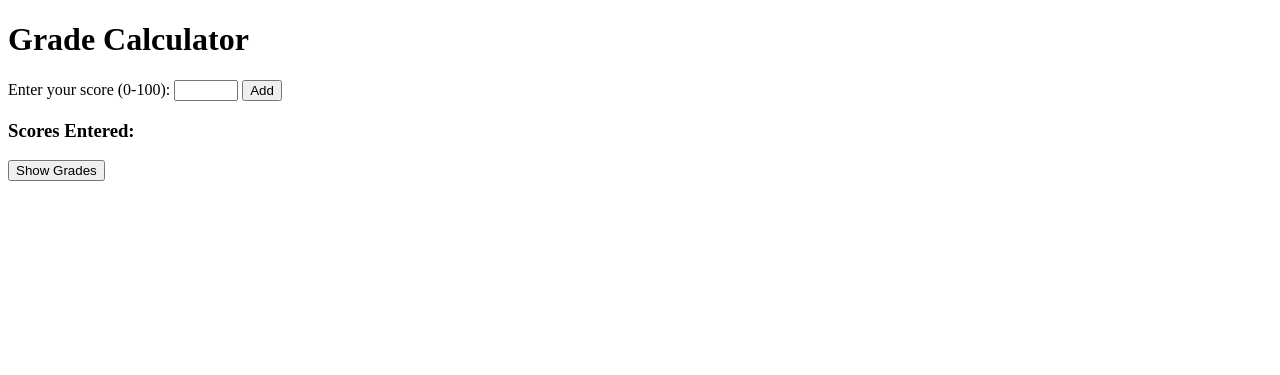
Repository: Rahim-Ullah/hexoforge-bootcamp
Page: phase-2-js-basic/grade-calculator.html
An editor plug-in stored every save of this project. The page is shown before and after a run of saves, followed by the edit.
The browser window is 1280 px wide. The pictures show the whole page.

Above is the page before, as saved 2025-09-06 13:42:02.

### phase-2-js-basic/grade-calculator.html
<!DOCTYPE html>
<html lang="en">

<head>
    <meta charset="UTF-8">
    <meta name="viewport" content="width=device-width, initial-scale=1.0">
    <title>Grade Calculator</title>
    <style>

    </style>
</head>

<body>
    <h1>Grade Calculator</h1>
    <form id="scoreForm" onsubmit="return false;">
        <label for="score">Enter your score (0-100):</label>
        <input type="number" id="score" name="score" min="0" max="100" required>
        <button type="button" id="addScoreBtn">Add</button>
    </form>
    <h3>Scores Entered:</h3>
    <ul id="scoreList"></ul>
    <button id="showGradesBtn">Show Grades</button>
    <p id="result"></p>

    <script>
        const scores = [];
        const scoreInput = document.getElementById('score');
        const scoreList = document.getElementById('scoreList');
        const result = document.getElementById('result');
        const addScoreBtn = document.getElementById('addScoreBtn');
        const showGradesBtn = document.getElementById('showGradesBtn');

        function updateScoreList() {
            scoreList.innerHTML = '';
            scores.forEach((score, idx) => {
                const li = document.createElement('li');
                li.textContent = `Score ${idx + 1}: ${score}`;
                scoreList.appendChild(li);
            });
        }

        addScoreBtn.addEventListener('click', function () {
            const val = parseFloat(scoreInput.value);
            if (isNaN(val) || val < 0 || val > 100) {
                result.textContent = 'Please enter a valid score between 0 and 100.';
                result.style.color = 'red';
                return;
            }
            scores.push(val);
            updateScoreList();
            result.textContent = '';
            scoreInput.value = '';
            scoreInput.focus();
        });

        showGradesBtn.addEventListener('click', function () {
            if (scores.length === 0) {
                result.textContent = 'Please add at least one score.';
                result.style.color = 'red';
                return;
            }
            const avg = (scores.reduce((a, b) => a + b, 0) / scores.length).toFixed(2);
            const max = Math.max(...scores);
            const min = Math.min(...scores);

            // Determine grade and message based on average
            let grade, message, color;
            if (avg >= 90) {
                grade = 'A';
                message = 'Excellent work!';
                color = 'green';
            } else if (avg >= 80) {
                grade = 'B';
                message = 'Good job!';
                color = 'blue';
            } else if (avg >= 70) {
                grade = 'C';
                message = 'You passed.';
                color = 'orange';
            } else if (avg >= 60) {
                grade = 'D';
                message = 'You need to improve.';
                color = 'purple';
            } else {
                grade = 'F';
                message = 'You failed. Better luck next time!';
                color = 'red';
            }

            result.innerHTML = `
                <strong>Average Score:</strong> ${avg}<br>
                <strong>Highest Score:</strong> ${max}<br>
                <strong>Lowest Score:</strong> ${min}<br>
                <strong>Grade:</strong> ${grade}<br>
                <span>${message}</span>
            `;
            result.style.color = color;
        });
    </script>
</body>

</html>

After the next 3 saves:
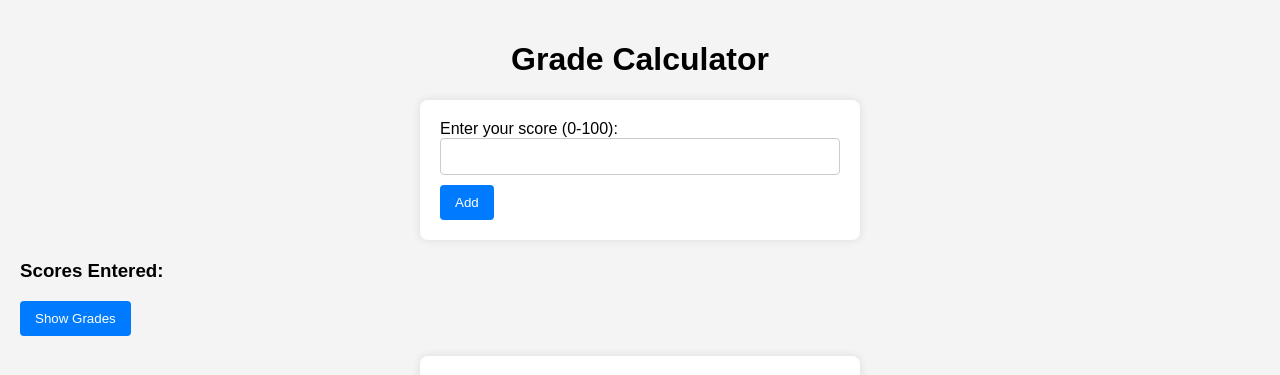
The 3 saves are shown as one change because they came seconds apart.
The last was saved 11 s later.
--- a/phase-2-js-basic/grade-calculator.html
+++ b/phase-2-js-basic/grade-calculator.html
@@ -6,7 +6,56 @@
     <meta name="viewport" content="width=device-width, initial-scale=1.0">
     <title>Grade Calculator</title>
     <style>
+        body {
+            font-family: Arial, sans-serif;
+            background-color: #f4f4f4;
+            margin: 0;
+            padding: 20px;
+        }
 
+        h1 {
+            text-align: center;
+        }
+
+        form {
+            max-width: 400px;
+            margin: 0 auto 20px auto;
+            padding: 20px;
+            background: white;
+            border-radius: 8px;
+            box-shadow: 0 0 10px rgba(0, 0, 0, 0.1);
+        }
+
+        input[type="number"] {
+            width: calc(100% - 22px);
+            padding: 10px;
+            margin-bottom: 10px;
+            border: 1px solid #ccc;
+            border-radius: 4px;
+        }
+
+        button {
+            padding: 10px 15px;
+            background-color: #007bff;
+            color: white;
+            border: none;
+            border-radius: 4px;
+            cursor: pointer;
+        }
+
+        button:hover {
+            background-color: #0056b3;
+        }
+
+        #result {
+            max-width: 400px;
+            margin: 20px auto;
+            padding: 20px;
+            background: white;
+            border-radius: 8px;
+            box-shadow: 0 0 10px rgba(0, 0, 0, 0.1);
+            text-align: center;
+        }
     </style>
 </head>
 
